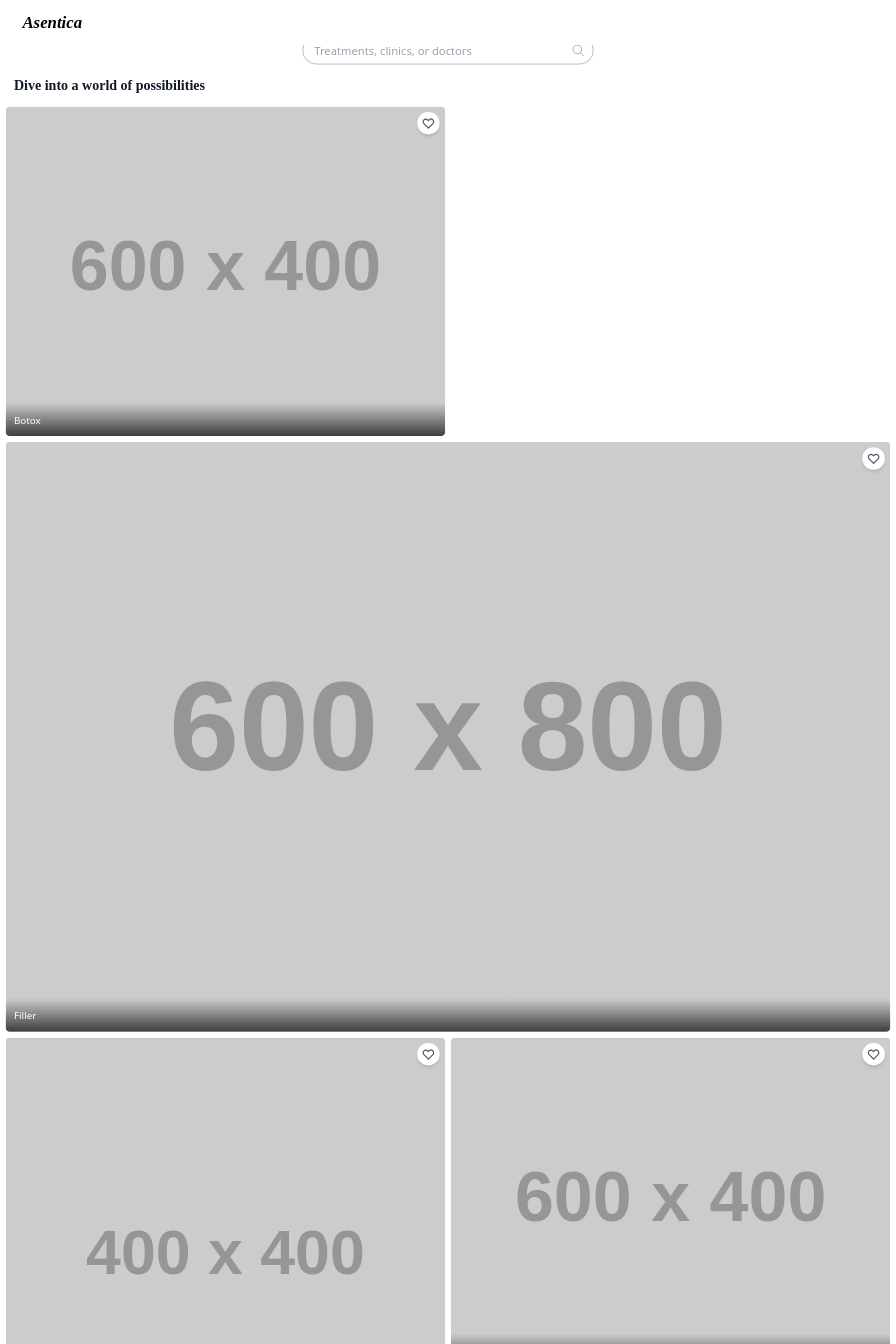
Repository: jungkeunhong/asentica_3rd
Page: /
An editor plug-in stored every save of this project. The page is shown before and after the next save, followed by the edit.
The browser window is 1280 px wide. The pictures show the part of the page from y = 0 to 1920 px (the page is 10705 px tall before and 7616 px after), at 70% of full size.
Some web fonts or font styles are not loaded; a fallback is used. The project was rebuilt for these pictures with package versions that can differ from the ones it lists, and the page was loaded fresh each time. The framework's server and built-in components were replaced by stand-ins that run in the browser. Also part of the build but not shown: next.config.js.

Above is the page before, as saved 2025-02-26 14:48:43.

### src/app/layout.tsx
import type { Metadata } from "next";
import { Gotu, Geist, Geist_Mono } from "next/font/google";
import "./globals.css";

const geistSans = Geist({
  subsets: ['latin'],
  variable: '--font-geist-sans',
});

const geistMono = Geist_Mono({
  subsets: ['latin'],
  variable: '--font-geist-mono',
});

const gotu = Gotu({
  weight: '400',
  subsets: ['latin'],
  variable: '--font-gotu',
});

export const metadata: Metadata = {
  title: 'Asentica - Find Your Perfect Medical Spa',
  description: 'Discover and book the best medical spa treatments near you.',
};

export default function RootLayout({
  children,
}: {
  children: React.ReactNode;
}) {
  return (
    <html lang="en">
      <head>
        <meta name="viewport" content="width=device-width, initial-scale=1.0, maximum-scale=1.0, user-scalable=no" />
      </head>
      <body
        className={`${geistSans.variable} ${geistMono.variable} antialiased ${gotu.variable}`}
      >
        <div className="">
          <div className="min-h-screen flex flex-col">
            <main className="flex-grow">{children}</main>
          </div>
        </div>
        <div className="pt-16">
          <div className="min-h-screen flex flex-col">
            <main className="flex-grow">{children}</main>
          </div>
        </div>
      </body>
    </html>
  );
}

### src/app/page.tsx
import Navbar from '@/components/Navbar';
import SearchBar from '@/components/SearchBar';
import CategoryGrid from '@/components/CategoryGrid';
import FeaturedTreatments from '@/components/FeaturedTreatments';

export default function Home() {
  return (
    <>
      <Navbar />
      <main className="min-h-screen bg-white pt-5">
        <div className="max-w-7xl mx-auto">
          <div className="bg-white py-8">
            <div className="max-w-md mx-auto px-4">
              <SearchBar />
            </div>
            <CategoryGrid />
          </div>
          <FeaturedTreatments />
        </div>
      </main>
    </>
  );
}

### src/app/globals.css
@import url('https://fonts.googleapis.com/css2?family=Gotu&display=swap');
@tailwind base;
@tailwind components;
@tailwind utilities;

:root {
  --background: #ffffff;
  --foreground: #171717;
  --font-cormorant: 'Cormorant', serif;
}

@media (prefers-color-scheme: dark) {
  :root {
    --background: #0a0a0a;
    --foreground: #ededed;
  }
}

@layer base {
  h1, h2, h3 {
    font-family: 'Gotu', sans-serif;
  }

  p, button, input, span {
    font-family: system-ui, sans-serif;
  }

  .cormorant {
    font-family: var(--font-cormorant);
  }

  .gotu {
    font-family: 'Gotu', sans-serif;
  }
}

body {
  color: var(--foreground);
  background: var(--background);
}

/* Hide scrollbar for Chrome, Safari and Opera */
.hide-scrollbar::-webkit-scrollbar {
  display: none;
}

/* Hide scrollbar for IE, Edge and Firefox */
.hide-scrollbar {
  -ms-overflow-style: none;  /* IE and Edge */
  scrollbar-width: none;  /* Firefox */
}

### src/components/Navbar.tsx
'use client';

import Link from 'next/link';

export default function Navbar() {
  return (
    <nav className="fixed top-0 w-full bg-white z-50">
      <div className="max-w-7xl mx-auto px-4 sm:px-8 lg:px-8">
        <div className="font-extrabold flex justify-between h-16 items-center">
          <Link href="/" className="flex items-center">
            <span className="cormorant text-2xl italic text-black">Asentica</span>
          </Link>
        </div>
      </div>
    </nav>
  );
}

### src/components/SearchBar.tsx
'use client';

import { useState } from 'react';
import { MagnifyingGlassIcon, XMarkIcon } from '@heroicons/react/24/outline';
import { useRouter } from 'next/navigation';

interface SearchBarProps {
  initialValue?: string;
  className?: string;
  onSearch?: (value: string) => void;
}

const SearchBar = ({ initialValue = '', className = '', onSearch }: SearchBarProps) => {
  const [searchTerm, setSearchTerm] = useState(initialValue);
  const router = useRouter();

  const handleSubmit = (e: React.FormEvent) => {
    e.preventDefault();
    const trimmedTerm = searchTerm.trim();
    if (trimmedTerm) {
      if (onSearch) {
        onSearch(trimmedTerm);
      } else {
        router.push(`/search?q=${encodeURIComponent(trimmedTerm)}`);
      }
    }
  };

  const handleChange = (e: React.ChangeEvent<HTMLInputElement>) => {
    const value = e.target.value;
    setSearchTerm(value);
    if (onSearch) {
      onSearch(value);
    }
  };

  const clearSearch = () => {
    setSearchTerm('');
    if (onSearch) {
      onSearch('');
    }
  };

  return (
    <form onSubmit={handleSubmit} className={`relative ${className}`}>
      <div className="relative flex items-center">
        <input
          type="text"
          value={searchTerm}
          onChange={handleChange}
          placeholder="Treatments, clinics, or doctors"
          className="w-full h-10 pl-4 pr-12 bg-white rounded-3xl border border-gray-400 focus:outline-none focus:border-primary-500 text-base"
          style={{ fontSize: '16px', color: 'black' }}
        />
        <div className="absolute right-0 flex items-center pr-3 space-x-2">
          {searchTerm && (
            <button
              type="button"
              onClick={clearSearch}
              className="p-1 text-gray-400 hover:text-gray-600"
              aria-label="Clear search"
            >
              <XMarkIcon className="w-5 h-5" />
            </button>
          )}
          {!searchTerm && (
            <MagnifyingGlassIcon className="w-5 h-5 text-gray-400" />
          )}
        </div>
      </div>
    </form>
  );
};

export default SearchBar;

### src/components/CategoryGrid.tsx
'use client';

import React, { useState } from 'react';
import { useRouter } from 'next/navigation';
import Image from 'next/image';

// 카테고리 데이터 - 다양한 크기의 이미지를 위한 size 속성 추가
const categories = [
  {
    id: 1,
    name: 'Botox',
    image: 'https://placehold.co/600x400/png?text=Botox',
    size: 'medium'
  },
  {
    id: 2,
    name: 'Filler',
    image: 'https://placehold.co/600x800/png?text=Filler',
    size: 'large'
  },
  {
    id: 3,
    name: 'Microneedling',
    image: 'https://placehold.co/400x400/png?text=Microneedling',
    size: 'small'
  },
  {
    id: 4,
    name: 'PRP',
    image: 'https://placehold.co/600x400/png?text=PRP',
    size: 'medium'
  },
  {
    id: 5,
    name: 'Cool Peeling',
    image: 'https://placehold.co/400x600/png?text=Cool+Peeling',
    size: 'medium'
  },
  {
    id: 6,
    name: 'Facial',
    image: 'https://placehold.co/400x400/png?text=Facial',
    size: 'small'
  },
  {
    id: 7,
    name: 'Lifting',
    image: 'https://placehold.co/600x600/png?text=Lifting',
    size: 'large'
  },
  {
    id: 8,
    name: 'Hair Removal',
    image: 'https://placehold.co/400x400/png?text=Hair+Removal',
    size: 'small'
  },
  {
    id: 9,
    name: 'Chemical Peel',
    image: 'https://placehold.co/600x400/png?text=Chemical+Peel',
    size: 'medium'
  },
  {
    id: 10,
    name: 'LED Therapy',
    image: 'https://placehold.co/400x400/png?text=LED+Therapy',
    size: 'small'
  },
];

const CategoryGrid = () => {
  const router = useRouter();
  const [favorites, setFavorites] = useState<number[]>([]);

  const handleCategoryClick = (name: string) => {
    router.push(`/search?q=${encodeURIComponent(name.toLowerCase())}`);
  };

  const toggleFavorite = (id: number, e: React.MouseEvent) => {
    e.stopPropagation();
    setFavorites(prev =>
      prev.includes(id)
        ? prev.filter(favId => favId !== id)
        : [...prev, id]
    );
  };

  return (
    <div className="py-4">
      <h2 className="cormorant text-xl font-extrabold mb-4 text-gray-900 pl-5">Dive into a world of possibilities</h2>

      <div className="grid grid-cols-2 gap-2 px-2">
        {categories.map((category) => {
          // 이미지 크기에 따른 클래스 설정
          const sizeClasses = {
            small: "col-span-1 aspect-square",
            medium: "col-span-1 aspect-[4/3]",
            large: "col-span-2 aspect-[3/2]",
          }[category.size];

          const isFavorite = favorites.includes(category.id);

          return (
            <div
              key={category.id}
              className={`relative rounded-md overflow-hidden ${sizeClasses}`}
              onClick={() => handleCategoryClick(category.name)}
            >
              {/* 이미지 */}
              <div className="w-full h-full relative">
                <Image
                  src={category.image}
                  alt={category.name}
                  fill
                  className="object-cover"
                />

                {/* 좋아요 버튼 */}
                <button
                  className="absolute top-2 right-2 w-8 h-8 bg-white rounded-full flex items-center justify-center shadow-md z-10"
                  onClick={(e) => toggleFavorite(category.id, e)}
                >
                  <svg
                    xmlns="http://www.w3.org/2000/svg"
                    fill={isFavorite ? "currentColor" : "none"}
                    viewBox="0 0 24 24"
                    stroke="currentColor"
                    className={`w-5 h-5 ${isFavorite ? 'text-red-500' : 'text-gray-600'}`}
                  >
                    <path
                      strokeLinecap="round"
                      strokeLinejoin="round"
                      strokeWidth={2}
                      d="M4.318 6.318a4.5 4.5 0 000 6.364L12 20.364l7.682-7.682a4.5 4.5 0 00-6.364-6.364L12 7.636l-1.318-1.318a4.5 4.5 0 00-6.364 0z"
                    />
                  </svg>
                </button>

                {/* 시술 이름 */}
                <div className="absolute bottom-0 left-0 right-0 bg-gradient-to-t from-black/70 to-transparent p-3">
                  <span className="text-white font-medium text-sm">{category.name}</span>
                </div>
              </div>
            </div>
          );
        })}
      </div>
    </div>
  );
};

export default CategoryGrid;

### src/components/FeaturedTreatments.tsx
'use client';

import Image from 'next/image';
import { useRouter } from 'next/navigation';

const treatments = [
  {
    id: 'botox',
    title: 'Botox',
    image: 'https://plus.unsplash.com/premium_photo-1661769358914-1d33c22bd7ba?w=500&auto=format&fit=crop&q=60&ixlib=rb-4.0.3&ixid=M3wxMjA3fDB8MHxzZWFyY2h8MXx8Ym90b3h8ZW58MHx8MHx8fDA%3D',
    description: 'Natural wrinkle improvement and prevention...more',
    searchKeyword: 'botox'
  },
  {
    id: 'filler',
    title: 'Filler',
    image: 'https://plus.unsplash.com/premium_photo-1719617673012-4b121052cc8f?w=500&auto=format&fit=crop&q=60&ixlib=rb-4.0.3&ixid=M3wxMjA3fDB8MHxzZWFyY2h8MTd8fGZpbGxlcnxlbnwwfHwwfHx8MA%3D%3D',
    description: 'Natural volume and contour improvement...more',
    searchKeyword: 'filler'
  },
  {
    id: 'microneedling',
    title: 'Microneedling',
    image: 'https://media.istockphoto.com/id/1731969249/ko/%EC%82%AC%EC%A7%84/%EB%85%B8%ED%99%94-%EB%B0%A9%EC%A7%80-%ED%81%B4%EB%A6%AC%EB%8B%89%EC%97%90%EC%84%9C-%EC%A3%BC%EB%A6%84%EA%B3%BC-%ED%9D%89%ED%84%B0%EB%A5%BC-%EC%A4%84%EC%9D%B4%EA%B8%B0-%EC%9C%84%ED%95%B4-%EC%84%B1%EC%9D%B8-%EB%82%A8%EC%84%B1%EA%B3%BC-%ED%95%A8%EA%BB%98-%EB%A0%88%EC%9D%B4%EC%A0%80-%ED%91%9C%EB%A9%B4-%EC%B2%98%EB%A6%AC-%EC%96%BC%EA%B5%B4-%EC%8A%A4%ED%82%A8-%EC%BC%80%EC%96%B4-%EC%B9%98%EB%A3%8C-%EA%B8%B0%EC%88%A0%EC%9D%84-%EC%82%AC%EC%9A%A9%ED%95%98%EB%8A%94-%ED%94%BC%EB%B6%80-%EC%9D%98%EC%82%AC.webp?a=1&b=1&s=612x612&w=0&k=20&c=019vxc5s4SAycLCyiZC078IFtJvhqseZyHse_A9stbU=',
    description: 'Boost collagen, smooth texture, and reduce scars...more',
    searchKeyword: 'microneedling'
  },
];

const FeaturedTreatments = () => {
  const router = useRouter();

  const handleTreatmentClick = (treatmentId: string) => {
    router.push(`/treatment/${treatmentId}`);
  };

  return (
    <div className="bg-white">
      <div className="max-w-7xl mx-auto px-4 sm:px-6 lg:px-8">
        <div className="lg:text-left">
          <p className="cormorant mt-2 text-2xl leading-8 font-extrabold tracking-tight text-gray-900 sm:text-4xl">
            Learn more
          </p>
        </div>
        <div className="mt-8">
          <div className="grid grid-cols-1 gap-8 sm:grid-cols-2 lg:grid-cols-3">
            {treatments.map((treatment) => (
              <div
                key={treatment.id}
                className="cursor-pointer group"
                onClick={() => handleTreatmentClick(treatment.id)}
              >
                <div className="relative h-36 w-full overflow-hidden rounded-lg bg-white group-hover:opacity-75 sm:h-64">
                  <Image
                    src={treatment.image}
                    alt={treatment.title}
                    fill
                    className="object-cover object-center"
                  />
                </div>
                <h3 className="cormorant mt-4 text-xl font-extrabold text-gray-900">{treatment.title}</h3>
                <p className="mt-1 text-sm text-gray-500">{treatment.description}</p>
              </div>
            ))}
          </div>
        </div>
      </div>
    </div>
  );
};

export default FeaturedTreatments;

Loaded but not shown: tailwind.config.ts (common file)

After the next save:
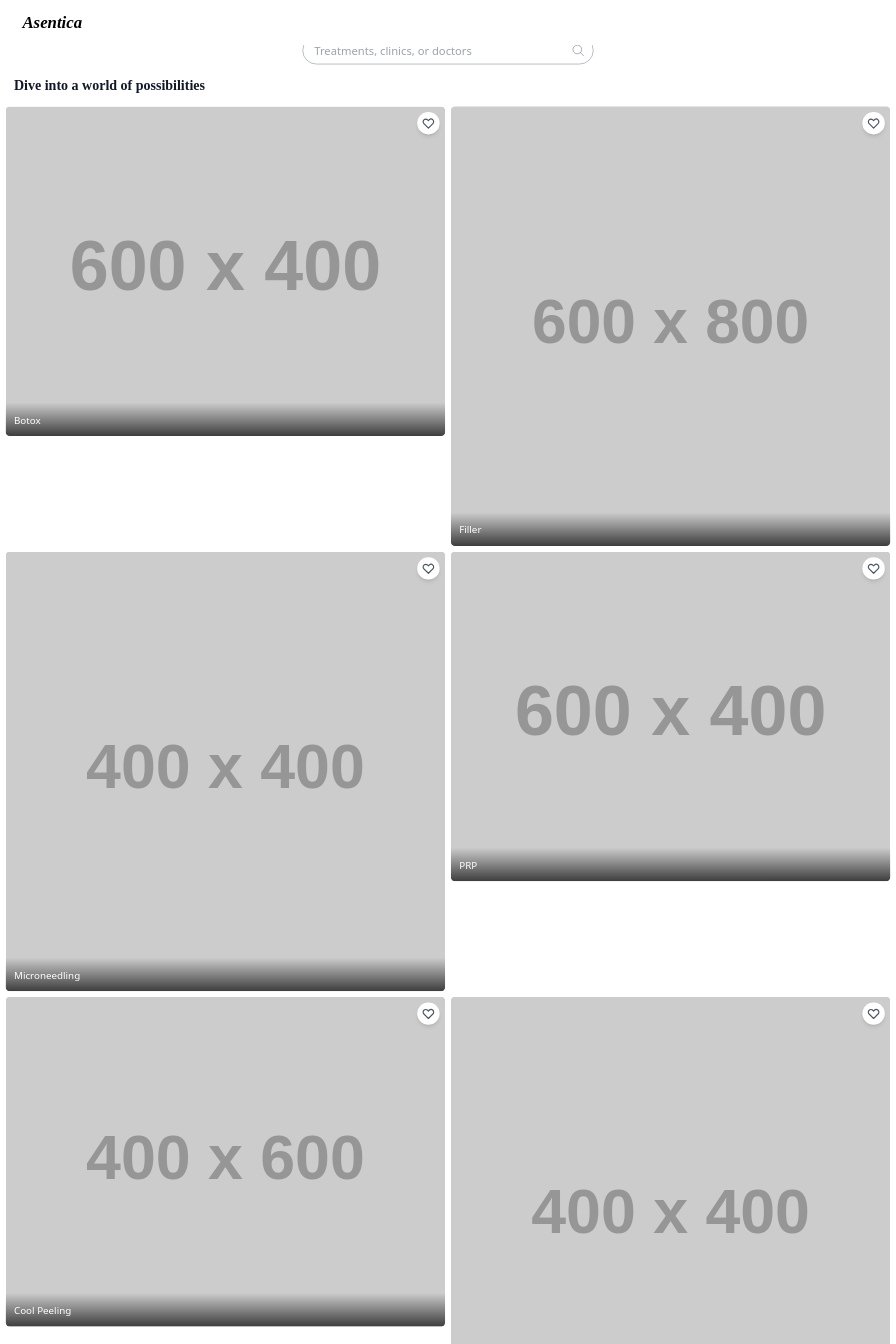
Saved 2 min 20 s later.
--- a/src/components/CategoryGrid.tsx
+++ b/src/components/CategoryGrid.tsx
@@ -16,7 +16,7 @@ const categories = [
     id: 2,
     name: 'Filler',
     image: 'https://placehold.co/600x800/png?text=Filler',
-    size: 'large'
+    size: 'small'
   },
   {
     id: 3,
@@ -46,7 +46,7 @@ const categories = [
     id: 7,
     name: 'Lifting',
     image: 'https://placehold.co/600x600/png?text=Lifting',
-    size: 'large'
+    size: 'small'
   },
   {
     id: 8,
